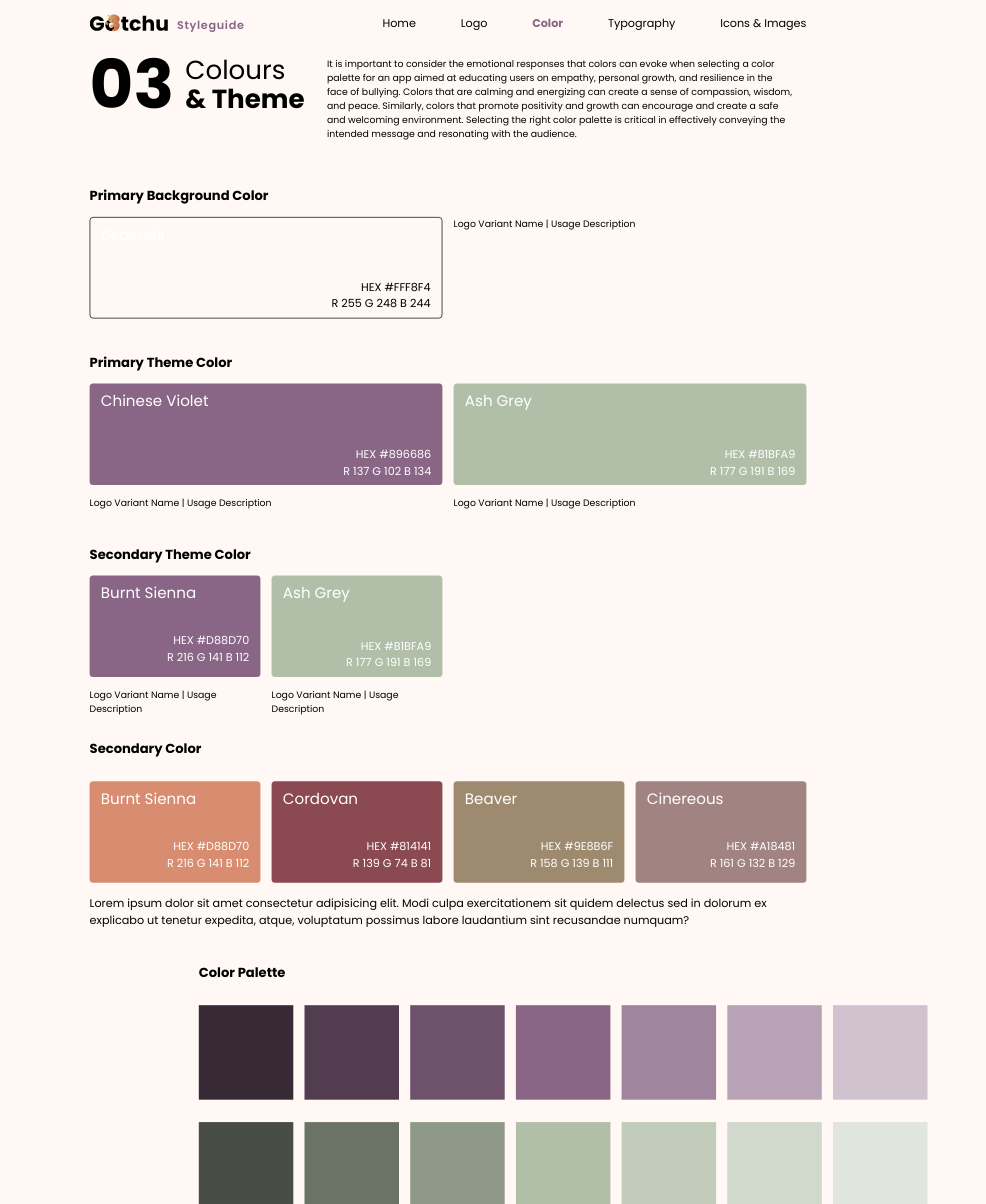
Repository: kionale/Antibullying-Project_Design-Guide
Page: color.html
The author's editor kept a copy of each file at every save. The page is drawn from the files as they stood at one save, then again after the next save.
The browser window is 1280 px wide. The page is 1408 px wide, so the pictures cover 1408 px, including what lies to the right of the window. The pictures show the part of the page from y = 0 to 1720 px (the page is 2479 px tall), at 70% of full size.

Above is the page before, as saved 2023-03-11 01:41:42.

### color.html
<!DOCTYPE html>
<html lang="en">

<head>
    <meta charset="UTF-8">
    <meta http-equiv="X-UA-Compatible" content="IE=edge">
    <meta name="viewport" content="width=device-width, initial-scale=1.0">
    <title>Color Palette and Typography</title>
    <link rel="stylesheet" href="color.css">
</head>

<body>
    <nav class="navbar">
        <div class="logo_container">
            <img src="/images/logo.svg" class="logo" />
            <div class="app_name">Styleguide</div>
        </div>
        <ul class="nav_links">
            <li><a href="index.html">Home</a></li>
            <li><a href="logo.html">Logo</a></li>
            <li><a href="color.html"><span class="bold">Color</span></a></li>
            <li><a href="typography.html">Typography</a></li>
            <li><a href="icons.html">Icons & Images</a></li>
        </ul>
        <div class="burger">
            <div class="line1"></div>
            <div class="line2"></div>
            <div class="line3"></div>
        </div>
    </nav>
    <main class="body_container">
        <section class="about">
            <div class="section_number">
                <div class="element_number">03</div>
                <h2 class="page_title">Colours <br><span class="highlight">& Theme</h2>
            </div>
            <div class="about_text">
                <p class="section_description">It is important to consider the emotional responses that colors can evoke
                    when selecting a color palette for an app aimed at educating users on empathy, personal growth, and
                    resilience in the face of bullying. Colors that are calming and energizing can create a sense of
                    compassion, wisdom, and peace. Similarly, colors that promote positivity and growth can encourage
                    and create a safe and welcoming environment. Selecting the right color palette is critical in
                    effectively conveying the intended message and resonating with the audience.</p>
            </div>
        </section>
        <h3 class="subHeading">Primary Background Color</h3>
        <div class="columnTwo">
            <div class="subCard">
                <div class="color_container color_box1">
                    <div class="color_name">Seashell</div>
                    <div class="hex">HEX #FFF8F4</div>
                    <div class="RGB">R 255 G 248 B 244</div>
                </div>
            </div>
            <p class="description_text">Logo Variant Name | Usage Description</p>
        </div>
        <h3 class="subHeading">Primary Theme Color</h3>
        <div class="columnTwo">
            <div class="subCard">
                <div class="color_container color_box2 white">
                    <div class="color_name white">Chinese Violet</div>
                    <div class="hex">HEX #896686</div>
                    <div class="RGB">R 137 G 102 B 134</div>
                </div>
                <p class="description_text">Logo Variant Name | Usage Description</p>
            </div>
            <div class="subCard">
                <div class="color_container color_box3 white">
                    <div class="color_name white">Ash Grey</div>
                    <div class="hex">HEX #B1BFA9</div>
                    <div class="RGB">R 177 G 191 B 169</div>
                </div>
                <p class="description_text">Logo Variant Name | Usage Description</p>
            </div>
        </div>
        <h3 class="subHeading">Secondary Theme Color</h3>
        <div class="columnFour">
            <div class="subCard">
                <div class="color_container color_box2 white">
                    <div class="color_name white">Burnt Sienna</div>
                    <div class="hex_w">HEX #D88D70</div>
                    <div class="RGB_w">R 216 G 141 B 112</div>
                </div>
                <p class="description_text">Logo Variant Name | Usage Description</p>
            </div>
            <div class="subCard">
                <div class="color_container color_box3 white">
                    <div class="color_bgname white">Ash Grey</div>
                    <div class="hex">HEX #B1BFA9</div>
                    <div class="RGB">R 177 G 191 B 169</div>
                </div>
                <p class="description_text">Logo Variant Name | Usage Description</p>
            </div>
        </div>

        <div class="col">
            <h3>Secondary Color</h3>
            <div class="row">
                <div class="color_scontainer" style="background:rgb(216, 141,112);">
                    <div class="color_name">Burnt Sienna</div>
                    <div class="hex_w">HEX #D88D70</div>
                    <div class="RGB_w">R 216 G 141 B 112</div>
                </div>
                <div class="color_scontainer" style="background:rgb(139, 74,81);">
                    <div class="color_name">Cordovan</div>
                    <div class="hex_w">HEX #814141</div>
                    <div class="RGB_w">R 139 G 74 B 81</div>
                </div>
                <div class="color_scontainer" style="background:rgb(158, 139,111);">
                    <div class="color_name">Beaver</div>
                    <div class="hex_w">HEX #9E8B6F</div>
                    <div class="RGB_w">R 158 G 139 B 111</div>
                </div>

                <div class="color_scontainer" style="background:rgb(161, 132,129);">
                    <div class="color_name">Cinereous</div>
                    <div class="hex_w">HEX #A18481</div>
                    <div class="RGB_w">R 161 G 132 B 129</div>
                </div>

            </div>
            <p>Lorem ipsum dolor sit amet consectetur adipisicing elit. Modi culpa exercitationem sit quidem
                delectus sed in dolorum ex explicabo ut tenetur expedita, atque, voluptatum possimus labore
                laudantium sint recusandae numquam?</p>

        </div>

        </div>

        <section class="color_palette">
            <div>
                <h3>Color Palette</h3>
            </div>
            <div class="color_boxes">


                <div class="row">
                    <div class="small-cl-box1" style="background:#372936"></div>
                    <div class="small-cl-box1" style="background:#523D50"></div>
                    <div class="small-cl-box1" style="background:#6E526B"></div>
                    <div class="small-cl-box1" style="background:#896686"></div>
                    <div class="small-cl-box1" style="background:#A1859E"></div>
                    <div class="small-cl-box1" style="background:#B8A3B6"></div>
                    <div class="small-cl-box1" style="background:#D0C2CF"></div>


                </div>
                <div class="row">
                    <div class="small-cl-box1" style="background:#474C44"></div>
                    <div class="small-cl-box1" style="background:#6A7365"></div>
                    <div class="small-cl-box1" style="background:#8E9987"></div>
                    <div class="small-cl-box1" style="background:#B1BFA9"></div>
                    <div class="small-cl-box1" style="background:#C1CCBA"></div>
                    <div class="small-cl-box1" style="background:#D0D9CB"></div>
                    <div class="small-cl-box1" style="background:#E0E5DD"></div>

                </div>
                <div class="row">
                    <div class="small-cl-box1" style="background:#56382D"></div>
                    <div class="small-cl-box1" style="background:#825543"></div>
                    <div class="small-cl-box1" style="background:#825543"></div>
                    <div class="small-cl-box1" style="background:#D88D70"></div>
                    <div class="small-cl-box1" style="background:#E0A48D"></div>
                    <div class="small-cl-box1" style="background:#E8BBA9"></div>
                    <div class="small-cl-box1" style="background:#EFD1C6"></div>
                </div>
                <div class="row">
                    <div class="small-cl-box1" style="background:#381E20"></div>
                    <div class="small-cl-box1" style="background:#532C31"></div>
                    <div class="small-cl-box1" style="background:#6F3B41"></div>
                    <div class="small-cl-box1" style="background:#8B4A51"></div>
                    <div class="small-cl-box1" style="background:#A26E74"></div>
                    <div class="small-cl-box1" style="background:#B99297"></div>
                    <div class="small-cl-box1" style="background:#D1B7B9"></div>
                </div>
                <div class="row">
                    <div class="small-cl-box1" style="background:#3F382C"></div>
                    <div class="small-cl-box1" style="background:#5F5343"></div>
                    <div class="small-cl-box1" style="background:#7E6F59"></div>
                    <div class="small-cl-box1" style="background:#9E8B6F"></div>
                    <div class="small-cl-box1" style="background:#B1A28C"></div>
                    <div class="small-cl-box1" style="background:#C5B9A9"></div>
                    <div class="small-cl-box1" style="background:#D8D1C5"></div>
                </div>
                <div class="row">
                    <div class="small-cl-box1" style="background:#403534"></div>
                    <div class="small-cl-box1" style="background:#614F4D"></div>
                    <div class="small-cl-box1" style="background:#816A67"></div>
                    <div class="small-cl-box1" style="background:#A18481"></div>
                    <div class="small-cl-box1" style="background:#B1A28C"></div>
                    <div class="small-cl-box1" style="background:#C7B5B3"></div>
                    <div class="small-cl-box1" style="background:#D9CECD"></div>
                </div>
            </div>
        </section>


    </main>
</body>
<footer>
    <p class="footer"> Gotchu </p>
</footer>

</html>

### color.css
@import url('https://fonts.googleapis.com/css2?family=Lato:ital,wght@0,100;0,300;0,400;0,700;0,900;1,300&family=Poppins:ital,wght@0,100;0,200;0,300;0,400;0,500;0,600;0,700;1,500&display=swap');

:root {
    --primary-clr: #896686;
    --primary-clr-2: #B1BFA9;
    --font-color: black;
    --background-clr: #FFF8F4;
    --secondary-clr-1: #D88D70;
    --secondary-clr-2: #8B4A51;

}

* {
    margin: 0px;
    padding: 0px;
    box-sizing: border-box;
    /* border: 1px black solid; */
}

body {

    /* font-family: 'lato',sans-serif; */
    font-family: 'Poppins', sans-serif;
    background-color: var(--background-clr);

}

/* NavBar (Formatted) */

.navbar {
    /* background-color: var(--secondary-clr); */
    display: flex;
    justify-content: space-between;
    align-items: center;
    min-height: 9vh;
    color: var(--font-color);
    /* position: sticky; */
    top: 0;
    padding: 0 8rem;
}

.logo_container {
    display: flex;
    flex-direction: row;
    align-items: center;
    gap: 0.8rem;
}

.logo {
    width: 7rem;
    object-fit: contain;
}


.logo:hover {
    transform: scale(1.05);
}

.app_name {
    letter-spacing: 1px;
    font-size: 1rem;
    font-weight: 600;
    color: #896686;
    margin-top: 0.5rem;
}

.app_name:hover {
    color: var(--secondary-clr);
}

.bold {
    font-weight: bold;
    color: var(--primary-clr);
}

.nav_links {
    display: flex;
    flex-direction: row;
    justify-content: flex-end;
    gap: 4rem;
    width: 40vw;
    flex-grow: 1;
}

.nav_links li {
    list-style: none;
}

.nav_links a {
    color: inherit;
    text-decoration: none;
    font-weight: 400;
}

.nav_links li:hover {
    transform: translateX(-5%);
}

.burger {
    display: none;
    cursor: pointer;
}

.burger div {
    width: 1.5rem;
    height: 0.15rem;
    background-color: black;
    margin: 0.35rem;

}

/* NavBar (End) */

/* Main Container (Formatted) */

.body_container {
    display: flex;
    flex-direction: column;
    padding: 0rem 8rem;
}

/* Main Container (End) */

/* Section Number with Desciption (Formatted) */

.about {
    display: flex;
    flex-direction: row;
    min-height: 5rem;
    justify-content: flex-start;
    margin-bottom: 2rem;
}

.section_number {
    display: flex;
    flex-direction: row;
    justify-content: center;
    align-items: center;
    height: 7rem;
}

.element_number {
    font-size: 72pt;
    font-weight: 790;
    line-height: 100%;
    margin-right: 1rem;
}

.page_title {
    font-weight: 400;
    font-size: 28pt;
    line-height: 110%;
    white-space: nowrap;
}

.highlight {
    font-weight: 700;
}

.about_text {
    padding: 1rem 1rem 1rem 2rem;
    font-size: 10pt;
}

/* Section Number with Desciption (End) */

.subHeading {
    width: 100%;
    padding: 1rem 0;
}

.columnTwo {
    display: grid;
    grid-template-columns: repeat(2, 1fr);
    gap: 1rem;
    margin-bottom: 2rem;
}

.columnFour {
    display: grid;
    grid-template-columns: repeat(4, 1fr);
    gap: 1rem;
    margin-bottom: 2rem;
}

.subCard {
    display: flex;
    flex-direction: column;
    gap: 1rem;
    position: relative;
}

.description_text {
    font-size: 10pt;
}

/* General Color Card */

.color_container {
    width: 100%;
    height: 145px;
    position: relative;
    border-radius: 5px;
}

/* General Color Card (End) */


/* Primary Background Color */

.color_box1 {
    background-color: var(--background-clr);
    border: 1px solid black;
}

.color_bgname {
    position: absolute;
    top: 0.5rem;
    left: 1rem;
    font-size: 1.35rem;
    color: black;
}

.hex {
    position: absolute;
    bottom: 2rem;
    right: 1rem;
}

.RGB {
    position: absolute;
    bottom: 0.5rem;
    right: 1rem;
}

/* Primary Background Color (End) */

.color_box2 {
    background-color: var(--primary-clr);
}

.color_box3 {
    background-color: var(--primary-clr-2);
}

.white {
    color: white;
}


.color_scheme h3 {
    align-items: flex-start;
}


.color_scontainer {
    width: 245px;
    height: 145px;

    margin-top: 1rem;
    border-radius: 5px;
    position: relative;
}



.color_name {
    position: absolute;
    top: 0.5rem;
    left: 1rem;
    font-size: 1.35rem;
    color: white;
}




.hex_w {
    color: white;
    position: absolute;
    bottom: 2.5rem;
    right: 1rem;
}



.RGB_w {
    color: white;
    position: absolute;
    bottom: 1rem;
    right: 1rem;
}

.underline {
    text-decoration: underline;

}

.color_text {
    padding-top: 2.5rem;
}

.color_palette {
    display: flex;
    flex-direction: column;
    gap: 1rem;
    margin-top: 3rem;
    width: 100vw;
    padding-left: 9.75rem;

}


.row {
    display: flex;
    gap: 1rem;
    margin-top: 1rem;
    margin-bottom: 1rem;

}

.color_boxes {
    display: flex;
    flex-direction: column;
}

.small-cl-box1 {
    width: 135px;
    aspect-ratio: 1/1;
}

.small-cl-box2 {
    width: 4rem;
    aspect-ratio: 1/1;
    background-color: lightpink;

}

.small-cl-box3 {
    width: 4rem;
    aspect-ratio: 1/1;
    background-color: plum;

}

.dividing_line {
    width: 30%;
    height: 4px;
    background-color: black;
}

.col {
    display: flex;
    flex-direction: column;
}

.footer {
    margin-top: 2rem;
    text-align: center;
}

After the next save:
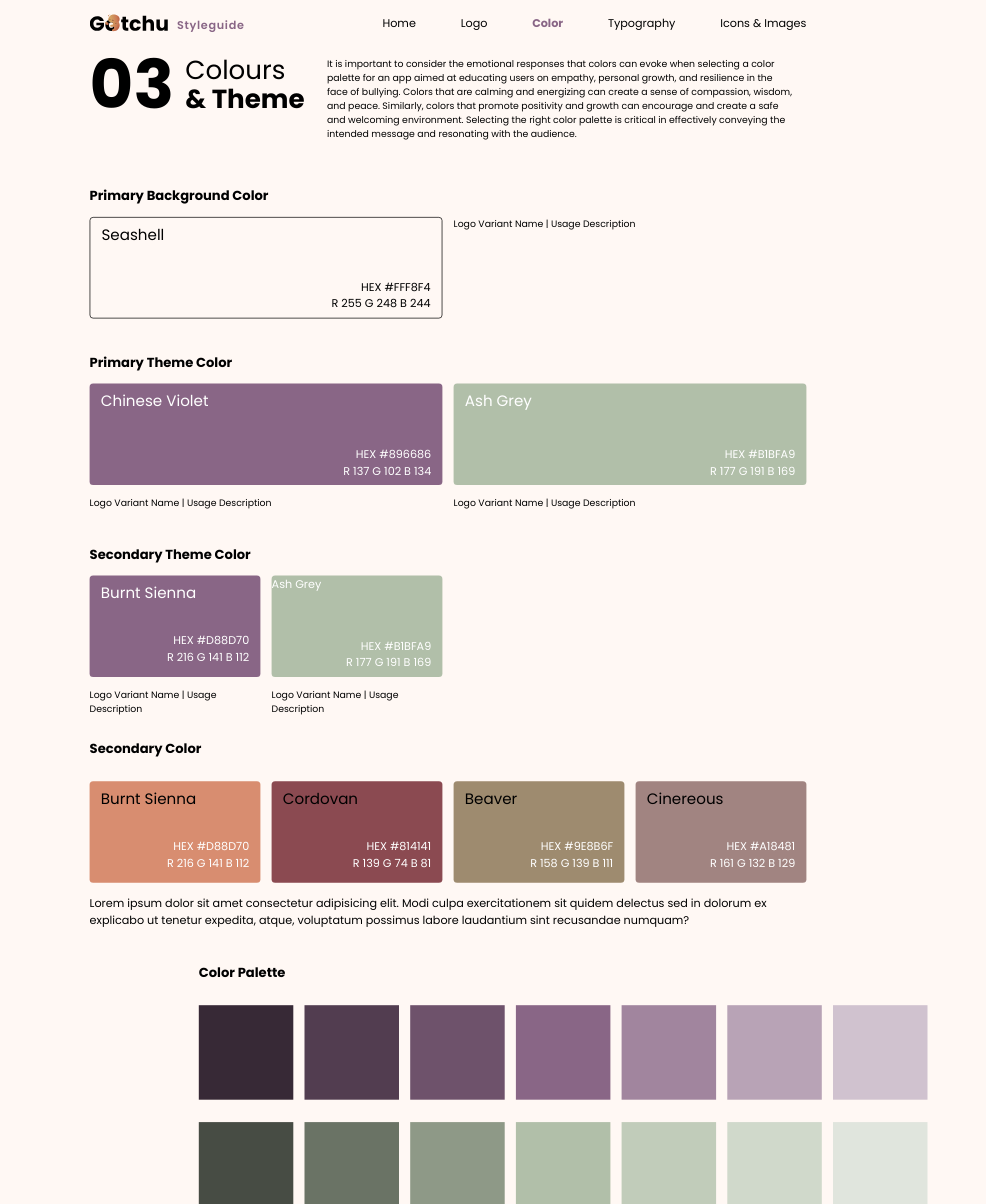
Saved 27 s later.
--- a/color.css
+++ b/color.css
@@ -213,7 +213,7 @@ body {
     border: 1px solid black;
 }
 
-.color_bgname {
+.color_name {
     position: absolute;
     top: 0.5rem;
     left: 1rem;
@@ -264,13 +264,6 @@ body {
 
 
 
-.color_name {
-    position: absolute;
-    top: 0.5rem;
-    left: 1rem;
-    font-size: 1.35rem;
-    color: white;
-}
 
 
 
